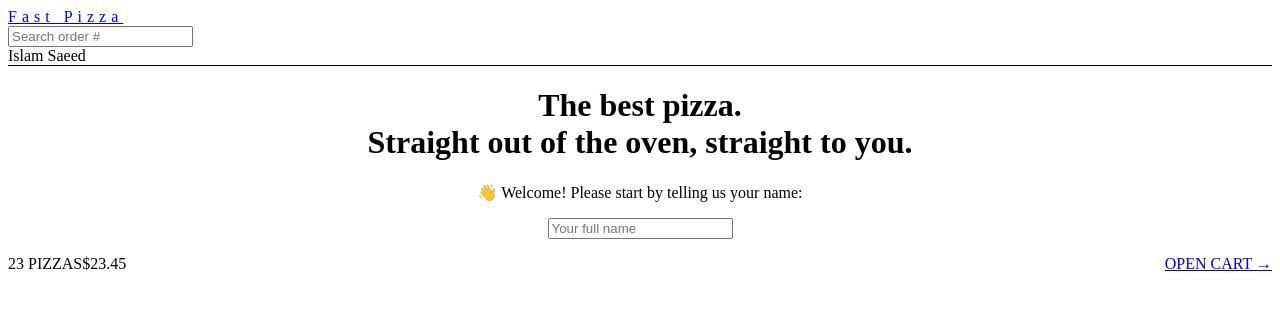
Repository: islamsaeedDev/ecommerce-cash-on-deliver-pizza-store
Page: /
These files come from the project's save history. The page is drawn as it stood at one moment and after the next save; the edit follows.
The browser window is 1280 px wide. The pictures show the whole page.
The project was rebuilt for these pictures with package versions that can differ from the ones it lists, and the page was loaded fresh each time. Also part of the build but not shown: vite.config.js, src/ui/Error.jsx, src/services/apiRestaurant.js, src/utils/helpers.js, src/features/menu/MenuItem.jsx, src/features/menu/Menu.jsx, src/features/cart/Cart.jsx, src/features/order/Order.jsx and 1 more. Imported but missing from the stored project, and not drawn on this page: src/features/order/CreateOrder.

Above is the page before, as saved 2025-10-22 11:05:03.

### index.html
<!doctype html>
<html lang="en">
  <head>
    <meta charset="UTF-8" />
    <link rel="icon" type="image/svg+xml" href="/vite.svg" />
    <meta name="viewport" content="width=device-width, initial-scale=1.0" />

    <title>Vite + React</title>
  </head>
  <body class="bg-stone-100 text-stone-700">
    <div id="root"></div>
    <script type="module" src="/src/main.jsx"></script>
  </body>
</html>

### src/App.jsx
import { createBrowserRouter, RouterProvider } from "react-router-dom";
import Home from "./ui/Home";
import Error from "./ui/Error";
import Menu, { loader as menuLoader } from "./features/menu/Menu";

import Cart from "./features/cart/Cart";
import CreateOrder, {
  action as createOrderAction,
} from "./features/order/CreateOrder";
import Order, { loader as orderLoader } from "./features/order/Order";
import AppLayout from "./ui/AppLayout";

const router = createBrowserRouter([
  {
    element: <AppLayout />,
    errorElement: <Error />,
    children: [
      {
        path: "/",
        element: <Home />,
      },
      {
        path: "/menu",
        element: <Menu />,
        loader: menuLoader,
        errorElement: <Error />,
      },
      { path: "/cart", element: <Cart /> },
      {
        path: "/order/new",
        element: <CreateOrder />,
        action: createOrderAction,
      },
      {
        path: "/order/:orderId",
        element: <Order />,
        loader: orderLoader,
        errorElement: <Error />,
      },
    ],
  },
]);

function App() {
  return <RouterProvider router={router} />;
}

export default App;

### src/index.css
@tailwind base;
@tailwind components;
@tailwind utilities;
/* body {
  font-family: system-ui, -apple-system, BlinkMacSystemFont, "Segoe UI", Roboto,
    Oxygen, Ubuntu, Cantarell, "Open Sans", "Helvetica Neue", sans-serif;
  background-color: #f7f7f7;
  color: #444;
}

.layout {
  display: grid;
  grid-template-rows: auto 1fr auto;
  gap: 32px;
  height: 100dvh;
} */

/* https://dev.to/afif/i-made-100-css-loaders-for-your-next-project-4eje */
.loader {
  width: 45px;
  aspect-ratio: 0.75;
  --c: no-repeat linear-gradient(#333 0 0);
  background: var(--c) 0% 50%, var(--c) 50% 50%, var(--c) 100% 50%;
  background-size: 20% 50%;
  animation: loading 1s infinite linear;
}

@keyframes loading {
  20% {
    background-position: 0% 0%, 50% 50%, 100% 50%;
  }
  40% {
    background-position: 0% 100%, 50% 0%, 100% 50%;
  }
  60% {
    background-position: 0% 50%, 50% 100%, 100% 0%;
  }
  80% {
    background-position: 0% 50%, 50% 50%, 100% 100%;
  }
}

### src/ui/Home.jsx
import CreateUser from '../features/user/CreateUser';

function Home() {
  return (
    <div className="my-10 text-center">
      <h1 className="mb-8 text-3xl font-semibold">
        The best pizza.
        <br />
        <span className="text-fuchsia-500">
          Straight out of the oven, straight to you.
        </span>
      </h1>

      <CreateUser />
    </div>
  );
}

export default Home;

### src/ui/AppLayout.jsx
import { Outlet, useNavigation } from 'react-router-dom';
import CartOverview from '../features/cart/CartOverview';
import Header from './Header';
import Loader from './Loader';

function AppLayout() {
  const navigation = useNavigation();

  const isLoading = navigation.state === 'loading';

  return (
    <div className="layout">
      {isLoading && <Loader />}
      <Header />
      <main>
        <Outlet />
      </main>

      <CartOverview />
    </div>
  );
}

export default AppLayout;

### src/features/user/CreateUser.jsx
import { useState } from 'react';

function CreateUser() {
  const [username, setUsername] = useState('');

  function handleSubmit(e) {
    e.preventDefault();
  }

  return (
    <form onSubmit={handleSubmit}>
      <p className="mb-4 text-sm text-stone-600 md:text-base">
        👋 Welcome! Please start by telling us your name:
      </p>

      <input
        className="w-72"
        type="text"
        placeholder="Your full name"
        value={username}
        onChange={(e) => setUsername(e.target.value)}
      />

      {username !== '' && (
        <div>
          <button>Start ordering</button>
        </div>
      )}
    </form>
  );
}

export default CreateUser;

### src/features/cart/CartOverview.jsx
import { Link } from 'react-router-dom';

function CartOverview() {
  return (
    <div className="flex items-center justify-between bg-stone-800 p-4 px-4 text-sm uppercase text-stone-200 sm:px-6 md:text-base">
      <p className="space-x-4 font-semibold text-stone-300 sm:space-x-6">
        <span>23 pizzas</span>
        <span>$23.45</span>
      </p>
      <Link to="/cart">Open cart &rarr;</Link>
    </div>
  );
}

export default CartOverview;

### src/ui/Header.jsx
import { Link } from 'react-router-dom';
import SearchOrder from '../features/order/SearchOrder';
import Username from '../features/user/Username';

function Header() {
  return (
    <header className="uppcase border-b border-stone-200 bg-fuchsia-500 px-4 py-3 sm:px-6">
      <Link className="tracking-[5px]" to="/">
        Fast Pizza
      </Link>
      {/* <Link to="/menu">Menu</Link>
      <Link to="/cart">Cart</Link>
      <Link to="/order/new">Order pizzas</Link>
      <Link to="/order">Orders</Link> */}
      <SearchOrder />
      <Username />
    </header>
  );
}

export default Header;

### src/features/order/SearchOrder.jsx
import { useState } from "react";
import { useNavigate } from "react-router-dom";

function SearchOrder() {
  const [query, setQuery] = useState();
  const navigate = useNavigate();

  const handleSubmit = (e) => {
    e.preventDefault();
    if (!query) return;
    navigate(`/order/${query}`);
    setQuery("");
  };

  return (
    <form onSubmit={handleSubmit}>
      <input
        placeholder="Search order #"
        value={query}
        onChange={(e) => setQuery(e.target.value)}
      />
    </form>
  );
}

export default SearchOrder;

### src/features/user/Username.jsx
function Username() {
  return <div className="hiddenfont-semibold text-sm">Islam Saeed</div>;
}

export default Username;

Loaded but not shown: src/main.jsx (common file)

After the next save:
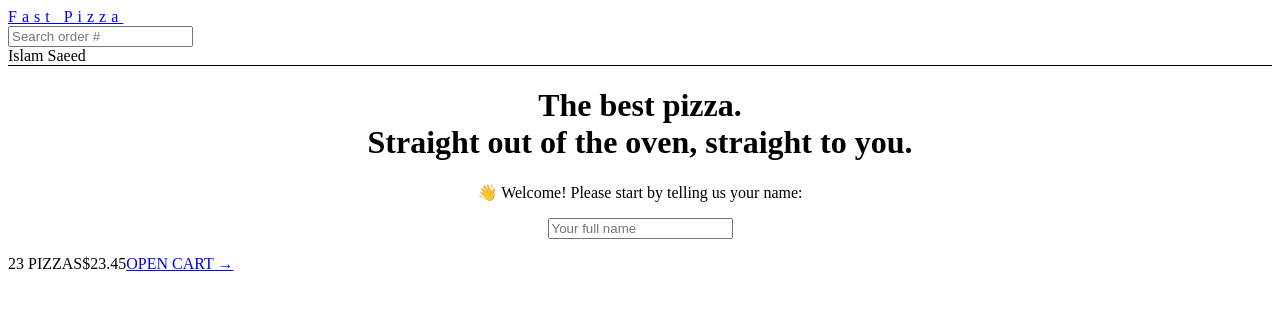
Saved 20 s later.
--- a/src/features/cart/CartOverview.jsx
+++ b/src/features/cart/CartOverview.jsx
@@ -2,7 +2,7 @@
 
 function CartOverview() {
   return (
-    <div className="flex items-center justify-between bg-stone-800 p-4 px-4 text-sm uppercase text-stone-200 sm:px-6 md:text-base">
+    <div className="justify-betweenbg-stone-800 flex items-center p-4 px-4 text-sm uppercase text-stone-200 sm:px-6 md:text-base">
       <p className="space-x-4 font-semibold text-stone-300 sm:space-x-6">
         <span>23 pizzas</span>
         <span>$23.45</span>

After the save that followed:
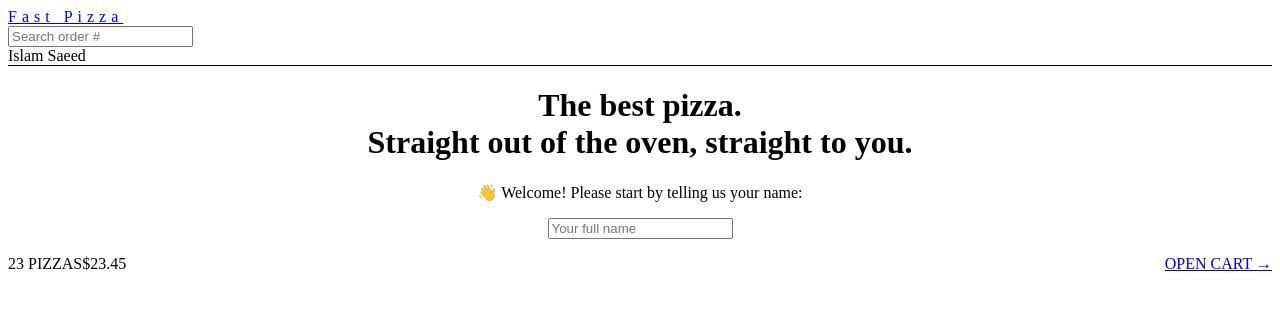
Saved 16 s later.
--- a/src/features/cart/CartOverview.jsx
+++ b/src/features/cart/CartOverview.jsx
@@ -2,7 +2,7 @@
 
 function CartOverview() {
   return (
-    <div className="justify-betweenbg-stone-800 flex items-center p-4 px-4 text-sm uppercase text-stone-200 sm:px-6 md:text-base">
+    <div className="flex items-center justify-between bg-stone-800 p-4 px-4 text-sm uppercase text-stone-200 sm:px-6 md:text-base">
       <p className="space-x-4 font-semibold text-stone-300 sm:space-x-6">
         <span>23 pizzas</span>
         <span>$23.45</span>
